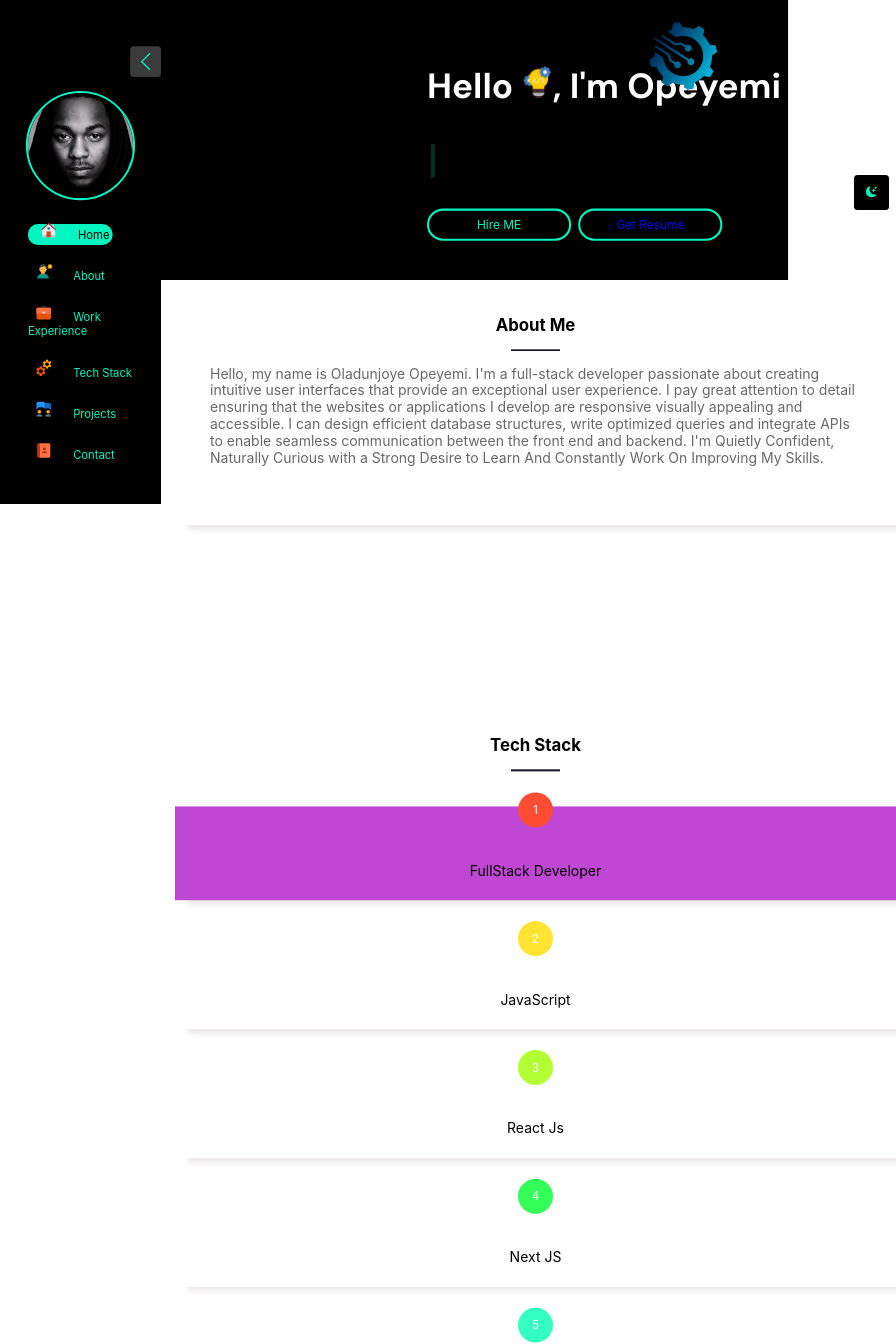
Repository: Laoye99/portfolio
Page: /
An editor plug-in stored every save of this project. The page is shown before and after a run of saves, followed by the edit.
The browser window is 1280 px wide. The pictures show the part of the page from y = 0 to 1920 px (the page is 2877 px tall), at 70% of full size.
The project was rebuilt for these pictures with package versions that can differ from the ones it lists, and the page was loaded fresh each time. Imported but missing from the stored project, and not drawn on this page: src/components/Home/MyResume.pdf.

Above is the page before, as saved 2024-02-15 14:24:37.

After the next 4 saves:
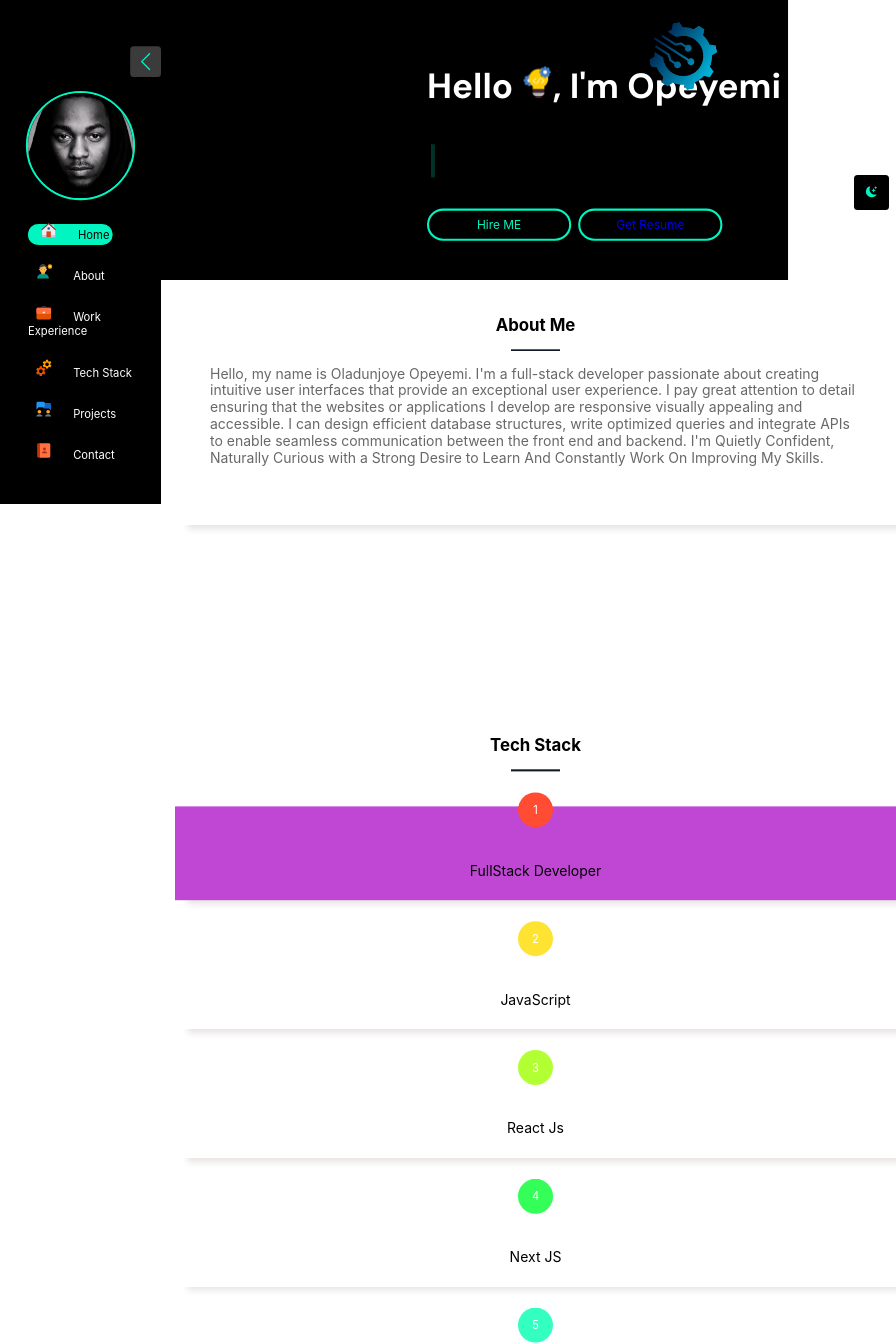
The 4 saves are shown as one change because they came seconds apart.
The last was saved 2 min 49 s later.
--- a/src/components/SideNav/SidebarList.css
+++ b/src/components/SideNav/SidebarList.css
@@ -11,7 +11,7 @@
   }
 
   .navbar-items ul li {
-    color: #00f5c0;
+    color: #fff;
     list-style-type: none;
     cursor: pointer;
     margin-top: 30px;

After the save that followed:
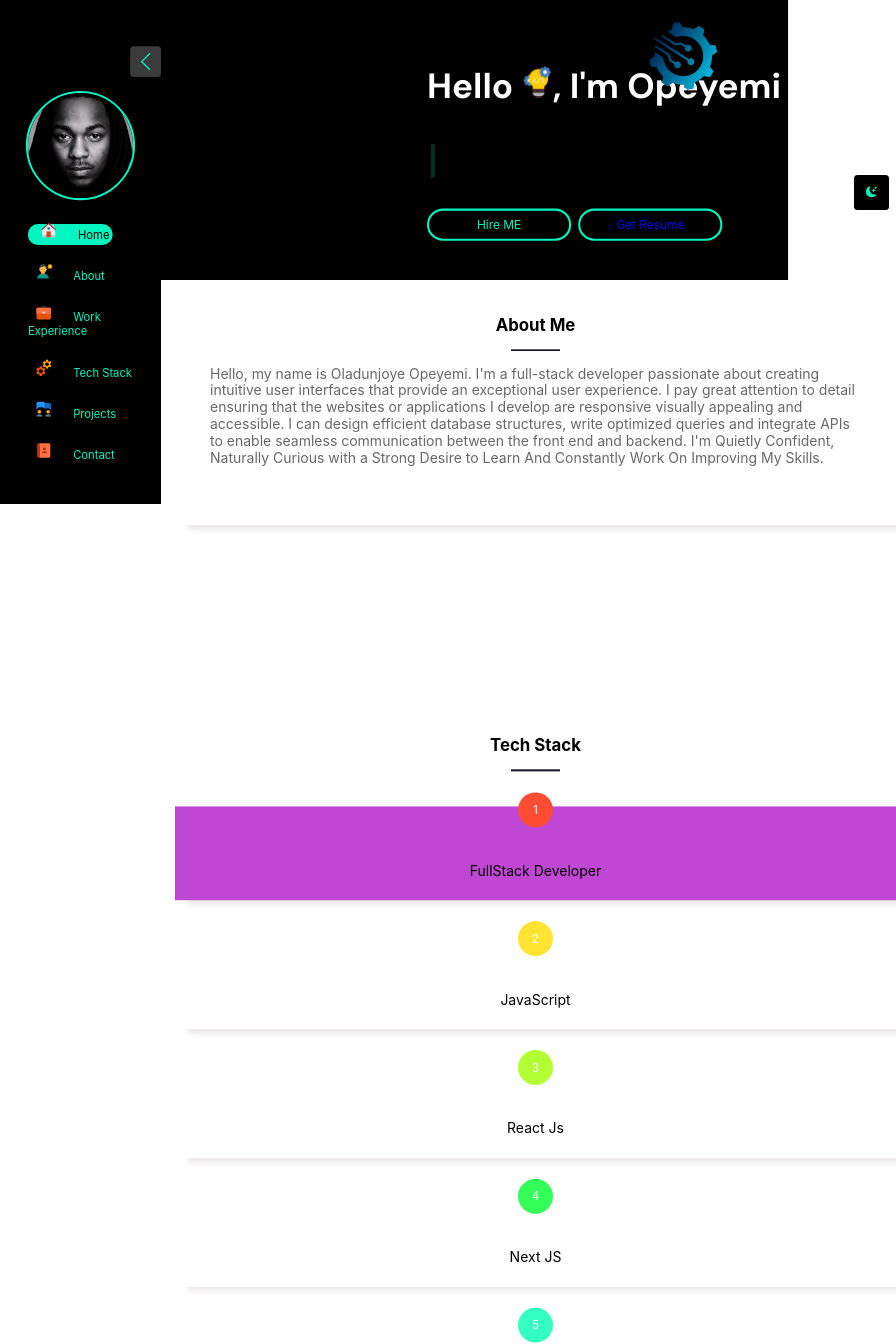
Saved 52 s later.
--- a/src/components/SideNav/SidebarList.css
+++ b/src/components/SideNav/SidebarList.css
@@ -11,7 +11,7 @@
   }
 
   .navbar-items ul li {
-    color: #fff;
+    color: #00f5c0;
     list-style-type: none;
     cursor: pointer;
     margin-top: 30px;
